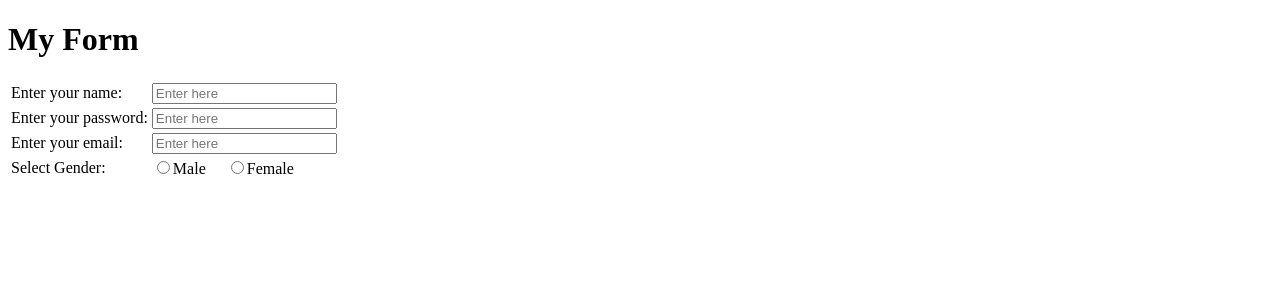
Repository: riddhiwho/Eclipse-Projects
Page: PracticeForm/src/main/webapp/index.html
An editor plug-in stored every save of this project. The page is shown before and after the next save, followed by the edit.
The browser window is 1280 px wide. The pictures show the whole page.

Above is the page before, as saved 2021-06-03 10:13:49.

After the next save:
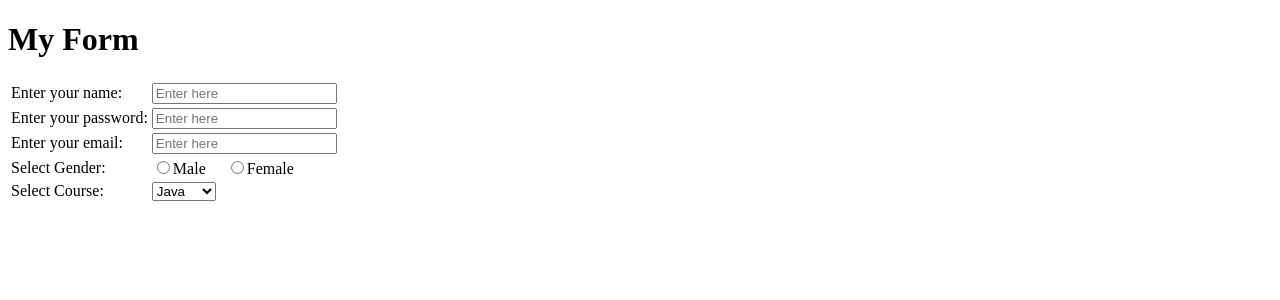
Saved 2 min 43 s later.
--- a/PracticeForm/src/main/webapp/index.html
+++ b/PracticeForm/src/main/webapp/index.html
@@ -25,6 +25,17 @@
 					<td>Select Gender:</td>
 					<td> <input type="radio" name="user_gender" value="male">Male &nbsp; &nbsp; <input type="radio" name="user_gender" value="female">Female</td>
 				</tr>
+				<tr>
+					<td>Select Course:</td>
+					<td>
+						<select name="user_course">
+							<option value="Java">Java</option>
+							<option value="Go">Go</option>
+							<option value="Rust">Rust</option>
+							<option value="Python">Python</option>
+						</select>
+					</td>
+				</tr>
 			</table>
 
 		</form>
